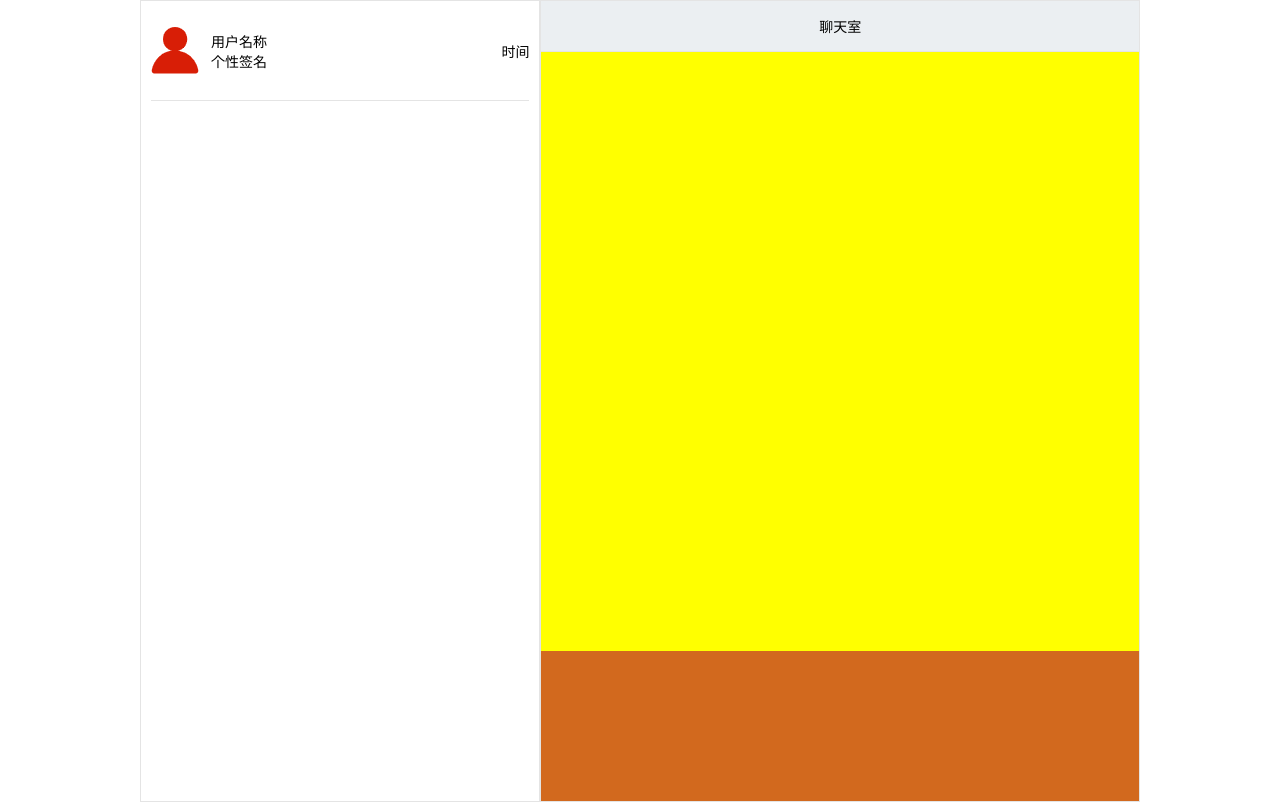
Repository: jinggegeZ/livechat
Page: /
These files come from the project's save history. The page is drawn as it stood at one moment and after the next save; the edit follows.
The browser window is 1280 px wide. The pictures show the whole page.
The project was rebuilt for these pictures with package versions that can differ from the ones it lists, and the page was loaded fresh each time.

Above is the page before, as saved 2020-08-17 11:16:11.

### src/App.vue
<template>
  <div id="app">

    <router-view/>
  </div>
</template>

<style lang="scss">
*{
  margin: 0;
  padding: 0;
}
</style>

### src/views/Home.vue
<template>
  <div class="content">
    <div class="content-c">
      <div class="box">
        <!-- 用户信息 -->
        <div class="box1">
          <div class="box1-1">
            <div class="box1-1-1">
              <!-- 头像 -->
              <div class="img">
                <img src="../../public/image/active-my.png" alt />
              </div>
              <!-- 用户信息 -->
              <div>
                <div>用户名称</div>
                <div>个性签名</div>
              </div>
            </div>
            <!-- 时间 -->
            <div>时间</div>
          </div>
        </div>
        <!-- 聊天信息 -->
        <div class="box2">
          <div class="box2-1">
              <div class="box2-1-top">聊天室</div>
              <div class="box2-1-body">

              </div>
          </div>
          <div class="box2-2"></div>
        </div>
      </div>
    </div>
  </div>
</template>

<script>
export default {
  name: "",
  props: {},
  components: {},
  data() {
    return {};
  },
  methods: {},
  mounted() {},
  watch: {},
  computed: {},
};
</script>

<style scoped lang='scss'>
.content {
  width: 100%;
  display: flex;
  justify-content: center;
  font-size: 14px;
}
.content-c {
  width: 95%;
  display: flex;
  justify-content: center;
  align-items: center;
}
.box {
  width: 1000px;
  height: 800px;
  background: white;
  display: flex;
}
.box1 {
  flex: 4;
  height: 100%;
  display: flex;
  justify-content: center;
  border: 1px solid rgb(228, 228, 228);
}
.box1-1 {
  width: 95%;
  height: 99px;
  border-bottom: 1px solid rgb(228, 228, 228);
  display: flex;
  align-items: center;
  justify-content: space-between;
}
.box1-1-1 {
  display: flex;
  align-items: center;
  height: 100%;
}
.img {
  width: 50px;
  height: 50px;
  border-radius: 50%;
  margin-right: 10px;
}
.box2 {
  flex: 6;
  height: 100%;
  background: yellow;
  position: relative;
  border: 1px solid rgb(228, 228, 228);
}
.box2-2 {
  position: absolute;
  bottom: 0;
  width: 100%;
  height: 150px;
  background: chocolate;
  z-index: 1;
}
.box2-1-top {
  width: 100%;
  height: 50px;
  border-bottom: 1px solid rgb(228, 228, 228);
  display: flex;
  justify-content: center;
  align-items: center;
  background: rgb(235,239,242);
}
</style>

Loaded but not shown: public/index.html (common file); src/main.js (common file); src/router/index.js (common file); src/store/index.js (common file)

After the next save:
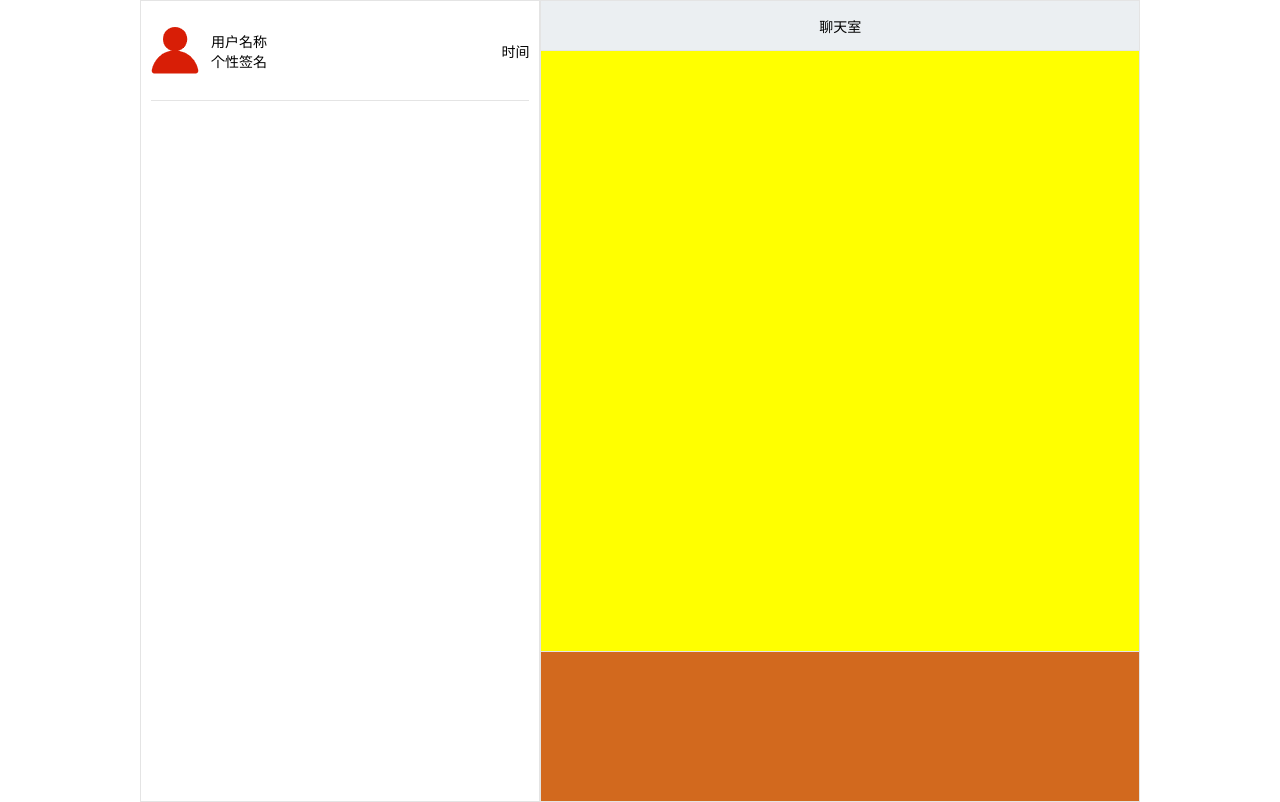
Saved 6 min 3 s later.
--- a/src/views/Home.vue
+++ b/src/views/Home.vue
@@ -106,17 +106,19 @@ export default {
   position: absolute;
   bottom: 0;
   width: 100%;
-  height: 150px;
+  height: 149px;
   background: chocolate;
   z-index: 1;
+  border-top: 1px solid rgb(228, 228, 228);
 }
 .box2-1-top {
   width: 100%;
-  height: 50px;
+  height: 49px;
   border-bottom: 1px solid rgb(228, 228, 228);
   display: flex;
   justify-content: center;
   align-items: center;
   background: rgb(235,239,242);
 }
+
 </style>
